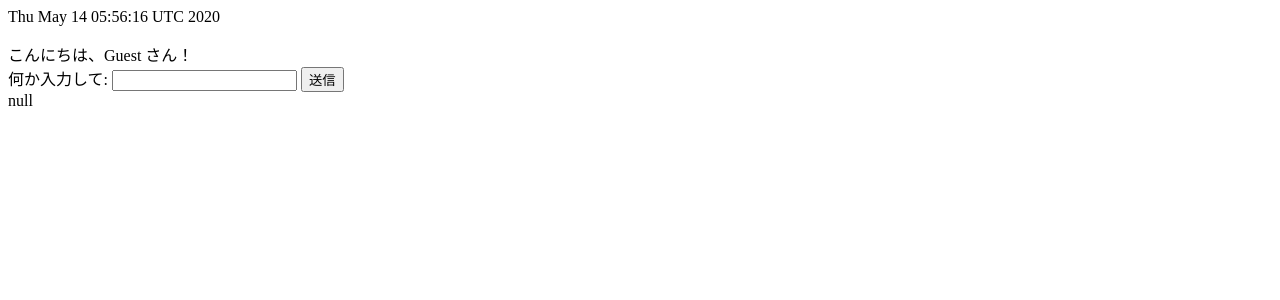
Repository: K-komei/TestApps_for_tomcat
Page: http://localhost/TodoList/TodoList
An editor plug-in stored every save of this project. The page is shown before and after the next save, followed by the edit.
The browser window is 1280 px wide. The pictures show the whole page.
The page is served by Tomcat 9.

Above is the page before, as saved 2020-05-14 06:33:54.

### TodoList/WebContent/WEB-INF/view/index.jsp
<%@ page language="java" contentType="text/html; charset=UTF-8"
    pageEncoding="UTF-8"%>
<!DOCTYPE html>
<html>
<head>
<meta charset="UTF-8">
<title>Hello, World!</title>
</head>
<body>
<%= new java.util.Date() %>
<p></p>

 こんにちは、<%= request.getAttribute("userName") %> さん！


   <form method="post" action="./TodoList">
        何か入力して: <input type="text" name="hoge">
        <button type="submit">送信</button>
    </form>

<%= request.getAttribute("area") %>


</body>
</html>

### TodoList/src/controller/TodoList.java
package controller;

import java.io.IOException;

import javax.servlet.RequestDispatcher;
import javax.servlet.ServletException;
import javax.servlet.annotation.WebServlet;
import javax.servlet.http.HttpServlet;
import javax.servlet.http.HttpServletRequest;
import javax.servlet.http.HttpServletResponse;

/**
 * Servlet implementation class TodoList
 */
@WebServlet("/TodoList")
public class TodoList extends HttpServlet {
	private static final long serialVersionUID = 1L;

    /**
     * @see HttpServlet#HttpServlet()
     */
    public TodoList() {
        super();
        // TODO Auto-generated constructor stub
    }

	/**
	 * @see HttpServlet#doGet(HttpServletRequest request, HttpServletResponse response)
	 */
	protected void doGet(HttpServletRequest request, HttpServletResponse response) throws ServletException, IOException {
		// TODO Auto-generated method stub
		//JSPに送信する値を設定
         request.setAttribute("userName", "Guest");
		 //request.setAttribute("foo","bar");

		//index.jspを表示

		String view = "/WEB-INF/view/index.jsp";
 	    RequestDispatcher dispatcher = request.getRequestDispatcher(view);
 	    dispatcher.forward(request, response);



	}

	/**
	 * @see HttpServlet#doPost(HttpServletRequest request, HttpServletResponse response)
	 */
	protected void doPost(HttpServletRequest request, HttpServletResponse response) throws ServletException, IOException {
		// TODO Auto-generated method stub

	    String value = request.getParameter("hoge");
	    System.out.println(value);


	    request.setAttribute("area","送信しました");
		String view = "/WEB-INF/view/index.jsp";
 	    RequestDispatcher dispatcher = request.getRequestDispatcher(view);
 	    dispatcher.forward(request, response);




	}

}

After the next save:
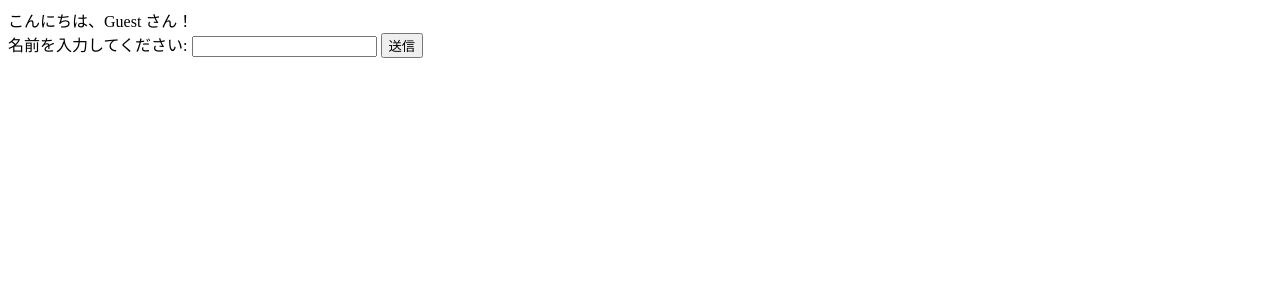
Saved 2 min 51 s later.
--- a/TodoList/WebContent/WEB-INF/view/index.jsp
+++ b/TodoList/WebContent/WEB-INF/view/index.jsp
@@ -7,19 +7,15 @@
 <title>Hello, World!</title>
 </head>
 <body>
-<%= new java.util.Date() %>
-<p></p>
+ <% String userName = (String) request.getAttribute("userName"); %>
+    こんにちは、<%= userName %> さん！
 
- こんにちは、<%= request.getAttribute("userName") %> さん！
-
-
-   <form method="post" action="./TodoList">
-        何か入力して: <input type="text" name="hoge">
+    <% if ("Guest".equals(userName)) { %>
+    <form method="post" action="./TodoList">
+        名前を入力してください: <input type="text" name="name">
         <button type="submit">送信</button>
     </form>
-
-<%= request.getAttribute("area") %>
-
+    <% } %>
 
 </body>
 </html>
